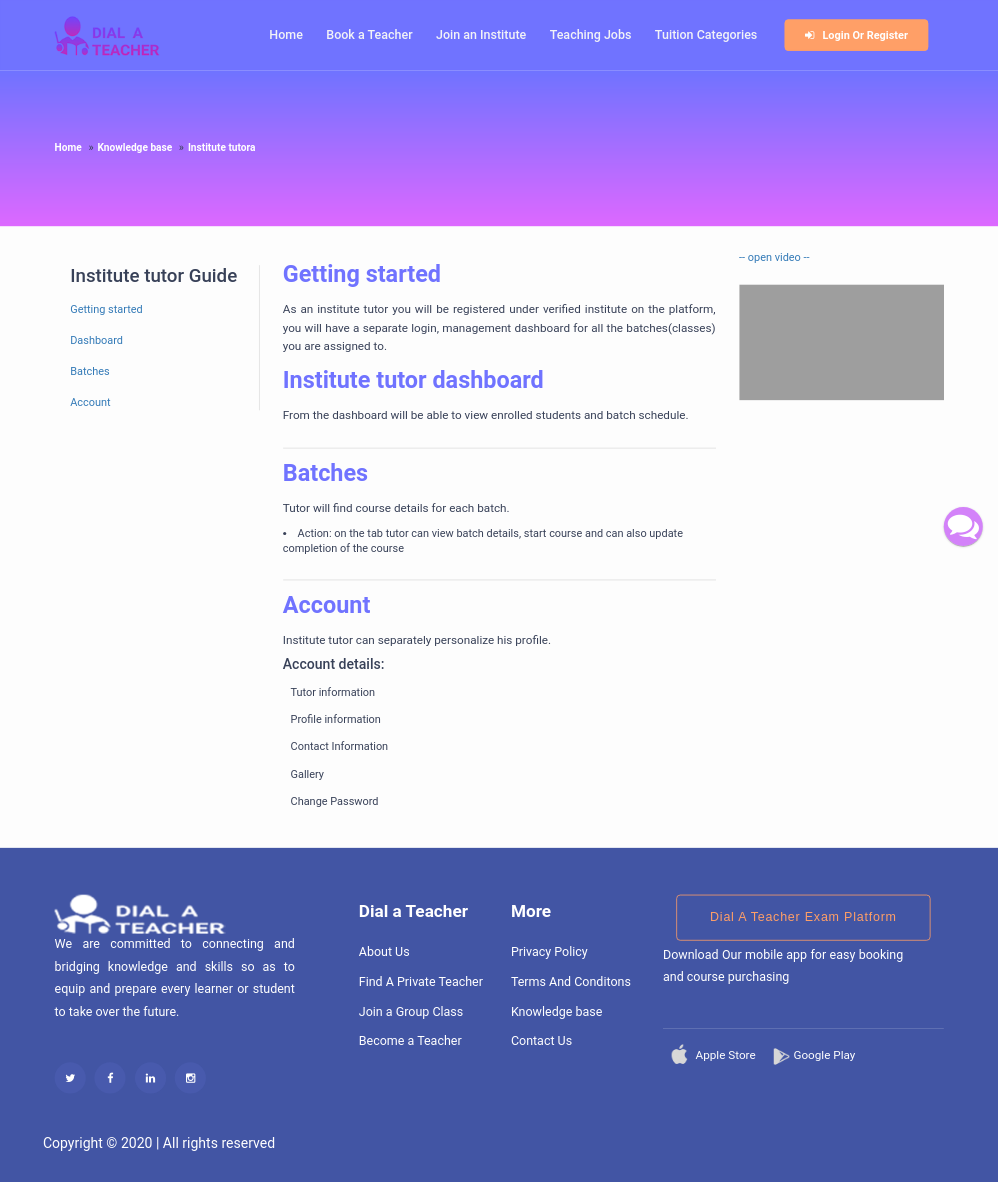
Repository: Samkiroko/DAT_knowledge
Page: knowledge_base/Institute_tutor.html
An editor plug-in stored every save of this project. The page is shown before and after the next save, followed by the edit.
The browser window is 1280 px wide. The pictures show the whole page, at 78% of full size.
Pictures or frames that could not be fetched are drawn as grey boxes.

Above is the page before, as saved 2020-12-20 17:28:19.
Console error: TypeError: e.indexOf is not a function

After the next save:
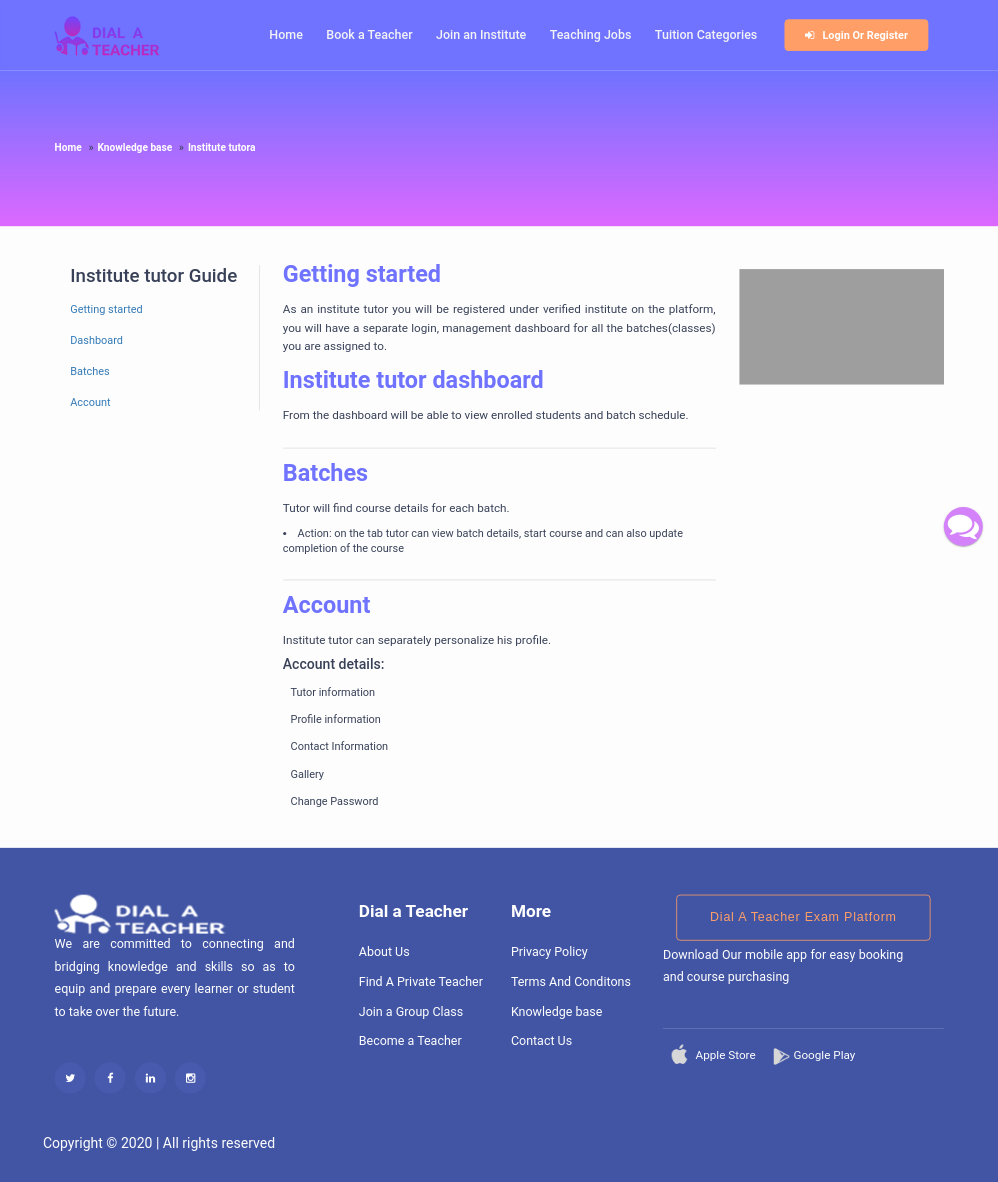
Saved 38 s later.
--- a/knowledge_base/Institute_tutor.html
+++ b/knowledge_base/Institute_tutor.html
@@ -188,8 +188,6 @@
             </div>
             <div class="col-lg-3 col-md-3 col-sm-3 col-xs-12" id="myScrollspy">
               <div class="dist-menu-tab-fix">
-                <a href="javascript:void(0)" id="video1">-- open video --</a>
-
                 <div id="vidBox">
                   <div id="videCont">
                     <div id="yt_video">
